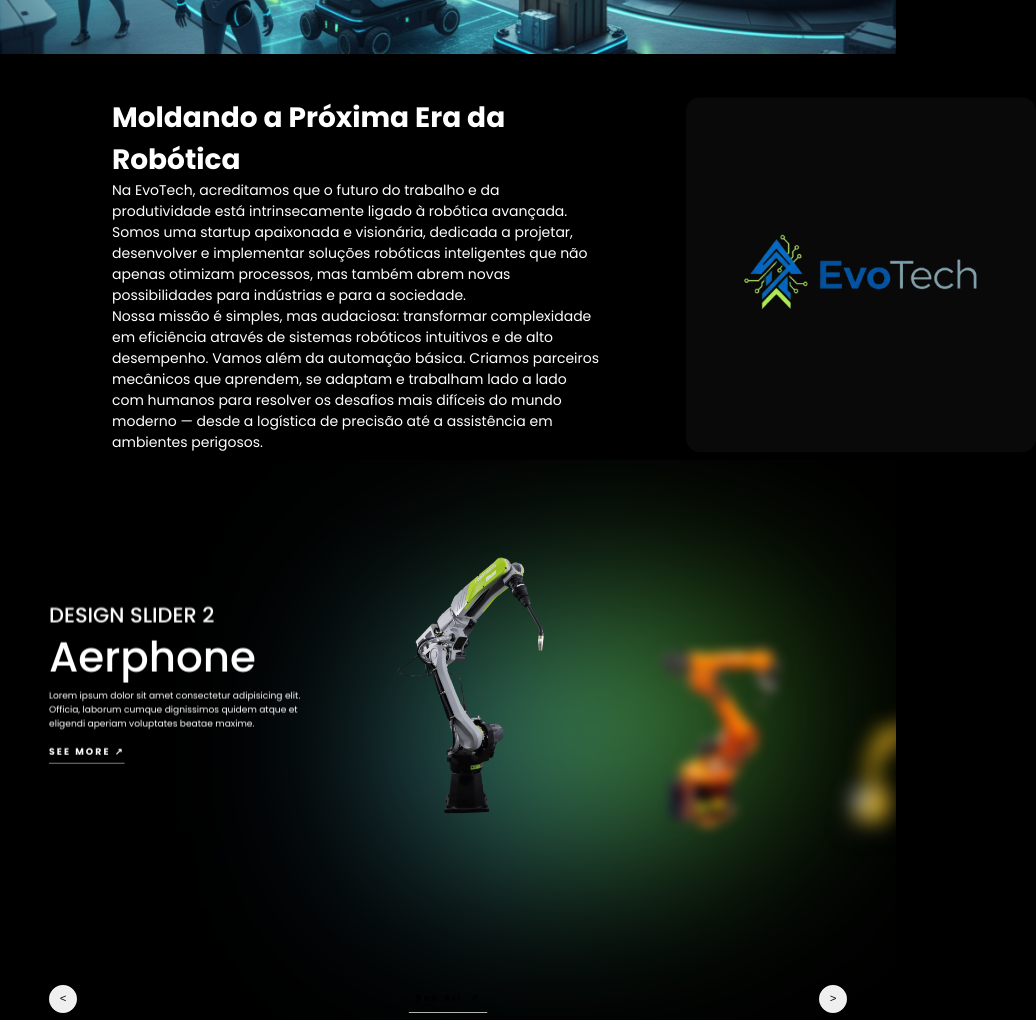
Repository: IsaacDEV10/EvoTech
Page: /
An editor plug-in stored every save of this project. The page is shown before and after a run of saves, followed by the edit.
The browser window is 1280 px wide. The page is 1480 px wide, so the pictures cover 1480 px, including what lies to the right of the window. The pictures show the part of the page from y = 643 to 2323 px (the page is 2100 px tall before and 2323 px after), at 70% of full size.
The project was rebuilt for these pictures with package versions that can differ from the ones it lists, and the page was loaded fresh each time. Also part of the build but not shown: vite.config.js, src/App.css.

Above is the page before, as saved 2025-10-28 09:02:37.

### index.html
<!doctype html>
<html lang="en">
  <head>
    <meta charset="UTF-8" />
    <link rel="icon" type="image/svg+xml" href="/vite.svg" />
    <meta name="viewport" content="width=device-width, initial-scale=1.0" />
    <title>startup</title>
  </head>
  <body>
    <div id="root"></div>
    <script type="module" src="/src/main.jsx"></script>
  </body>
</html>

### src/index.css
@import url('https://fonts.googleapis.com/css2?family=Poppins:ital,wght@0,100;0,200;0,300;0,400;0,500;0,600;0,700;0,800;0,900;1,100;1,200;1,300;1,400;1,500;1,600;1,700;1,800;1,900&display=swap');

* {
  font-family: "poppins", sans-serif;
  margin: 0;
  box-sizing: border-box;
}

body {
  background: black ;

}

### src/App.jsx
import React from 'react';
import './App.css';
import Header from './components/Header/header';
import Hero from './components/Hero/hero';
import About from './components/About/about';
import Missao from './components/Missao/missao';
import Carousel from './components/Carousel/carousel';




const App = () => {
  return (
    <>
      <Header />
      <Hero />
      <About/>
      <Missao />
      <Carousel />
    </>
  );
}

export default App;

### src/components/Header/header.jsx
import React from 'react'
import './header.css'
import logo from '../../assets/evotech.png'
import Contact from '../Contact/contact'


const Header = () => {
  return (
    <nav className='nav-wrapper'>
        <div className='nav-content'>
            <img className='logo' src={logo} alt="" />
            <ul>
                <li>
                    <a className='menu-item' href="">Home</a>
                </li>

                <li>
                    <a className='menu-item' href="">Sobre</a>
                </li>

                <li>
                    <a className='menu-item' href="">Projetos</a>
                </li>
                <Contact/>
            </ul>
        </div>
    </nav>
  )
}

export default Header

### src/components/Hero/hero.jsx
import React from "react";
import "./hero.css";
import heroImage from "../../assets/bg-evotech.png";

const Hero = () => {
  return (
    <section className="hero-container" id="home">
        <div className="hero-content">
            <img className="img-bg" src={heroImage} alt="hero" />
        </div>
        <div className="description">
            <h1>
                Inovação e Tecnologia para o Futuro
            </h1>
            <p>
                Na Evotech, estamos comprometidos em transformar ideias em soluções tecnológicas inovadoras que impulsionam o futuro. Junte-se a nós nessa jornada de inovação!
            </p>
        </div>
    </section>
  );
};

export default Hero;

### src/components/About/about.jsx
import React from "react";
import "./about.css";
import Logo from "../../assets/evotech.png"

const About = () => {
    return (
        <section className="about-container" id="home">
            <div className="about-content">
                <div className="about-text-content">
                    <h1>Moldando a Próxima Era da Robótica</h1>
                    <p>Na EvoTech, acreditamos que o futuro do trabalho e da produtividade está intrinsecamente ligado à robótica avançada. Somos uma startup apaixonada e visionária, dedicada a projetar, desenvolver e implementar soluções robóticas inteligentes que não apenas otimizam processos, mas também abrem novas possibilidades para indústrias e para a sociedade. <br /> Nossa missão é simples, mas audaciosa: transformar complexidade em eficiência através de sistemas robóticos intuitivos e de alto desempenho.

Vamos além da automação básica. Criamos parceiros mecânicos que aprendem, se adaptam e trabalham lado a lado com humanos para resolver os desafios mais difíceis do mundo moderno — desde a logística de precisão até a assistência em ambientes perigosos.</p>
                </div>
                <div className="about-image">
                    <img src={Logo} alt="Logo da EvoTech" />
                </div>
            </div>
        </section>
    );
};

export default About;

### src/components/Missao/missao.jsx
import React from "react";
import Carousel from "../Carousel/carousel";



const Missao = () => {
    return (
        <section>
        </section>
    );
};

export default Missao;

### src/components/Carousel/carousel.jsx
import React, { useState, useRef, useEffect } from 'react';
import './carousel.css';
import Robo1 from '../../assets/robo-1.png';
import Robo2 from '../../assets/robo-2.png';
import Robo3 from '../../assets/robo-3.png';
import Robo4 from '../../assets/robo-4.png';
import Robo5 from '../../assets/robo-5.png';
import Robo6 from '../../assets/robo-6.png';

const initialItemsData = [
  {
    id: 1,
    imgSrc: Robo1,
    title: 'DESIGN SLIDER 1',
    topic: 'Aerphone',
    des: 'Lorem ipsum dolor sit amet consectetur adipisicing elit. Officia, laborum cumque dignissimos quidem atque et eligendi aperiam voluptates beatae maxime.',
    detailTitle: 'Aerphone GHTK 1',
    detailDes: 'Lorem ipsum dolor sit amet, consectetur adipisicing elit. Dolor, reiciendis suscipit nobis nulla animi, modi explicabo quod corrupti impedit illo, accusantium in eaque nam quia adipisci aut distinctio porro eligendi. Reprehenderit nostrum consequuntur ea! Accusamus architecto dolores modi ducimus facilis quas voluptatibus! Tempora ratione accusantium magnam nulla tenetur autem beatae.',
  },
  {
    id: 2,
    imgSrc: Robo2,
    title: 'DESIGN SLIDER 2',
    topic: 'Aerphone',
    des: 'Lorem ipsum dolor sit amet consectetur adipisicing elit. Officia, laborum cumque dignissimos quidem atque et eligendi aperiam voluptates beatae maxime.',
    detailTitle: 'Aerphone GHTK 2',
    detailDes: 'Lorem ipsum dolor sit amet, consectetur adipisicing elit. Dolor, reiciendis suscipit nobis nulla animi, modi explicabo quod corrupti impedit illo, accusantium in eaque nam quia adipisci aut distinctio porro eligendi. Reprehenderit nostrum consequuntur ea! Accusamus architecto dolores modi ducimus facilis quas voluptatibus! Tempora ratione accusantium magnam nulla tenetur autem beatae.',
  },
  { id: 3, imgSrc: Robo3, title: 'DESIGN SLIDER 3', topic: 'Aerphone' },
  { id: 4, imgSrc: Robo4, title: 'DESIGN SLIDER 4', topic: 'Aerphone' },
  { id: 5, imgSrc: Robo5, title: 'DESIGN SLIDER 5', topic: 'Aerphone' },
  { id: 6, imgSrc: Robo6, title: 'DESIGN SLIDER 6', topic: 'Aerphone' },
];

function Carousel() {
  const [items, setItems] = useState(initialItemsData);
  const [carouselClass, setCarouselClass] = useState('');
  const [isClickDisabled, setIsClickDisabled] = useState(false);
  const timeoutRef = useRef(null);

  useEffect(() => {
    return () => {
      if (timeoutRef.current) {
        clearTimeout(timeoutRef.current);
      }
    };
  }, []);

  const showSlider = (type) => {
    if (isClickDisabled) return;
    setIsClickDisabled(true);
    setCarouselClass(type);

    if (type === 'next') {
      setItems((prevItems) => {
        const [first, ...rest] = prevItems;
        return [...rest, first];
      });
    } else {
      setItems((prevItems) => {
        const last = prevItems[prevItems.length - 1];
        const rest = prevItems.slice(0, -1);
        return [last, ...rest];
      });
    }

    if (timeoutRef.current) {
      clearTimeout(timeoutRef.current);
    }

    timeoutRef.current = setTimeout(() => {
      setIsClickDisabled(false);
    }, 2000);
  };

  const handleSeeMore = () => {
    setCarouselClass('showDetail');
  };

  const handleBack = () => {
    setCarouselClass('');
  };

  return (
    <>
      <div className={`carousel ${carouselClass}`}>
        <div className="list">
          {items.map((item) => (
            <div className="item" key={item.id}>

              <img src={item.imgSrc} alt="" />
              <div className="introduce">
                <div className="title">{item.title || 'DESIGN SLIDER'}</div>
                <div className="topic">{item.topic || 'Aerphone'}</div>
                <div className="des">
                  {item.des || 'Lorem ipsum dolor sit amet...'}
                </div>
                <button className="seeMore" onClick={handleSeeMore}>
                  SEE MORE &#8599;
                </button>
              </div>
              <div className="detail">
                <div className="title">{item.detailTitle || 'Aerphone GHTK'}</div>
                <div className="des">
                  {item.detailDes || 'Lorem ipsum dolor sit amet...'}
                </div>
                <div className="specifications">
                  <div><p>Used Time</p><p>6 hours</p></div>
                  <div><p>Charging port</p><p>Type-C</p></div>
                  <div><p>Compatible</p><p>Android</p></div>
                  <div><p>Bluetooth</p><p>5.3</p></div>
                  <div><p>Controlled</p><p>Touch</p></div>
                </div>
                <div className="checkout">
                  <button>ADD TO CART</button>
                  <button>CHECKOUT</button>
                </div>
              </div>
            </div>
          ))}
        </div>
        <div className="arrows">
          <button id="prev" onClick={() => showSlider('prev')} disabled={isClickDisabled}>
            &lt;
          </button>
          <button id="next" onClick={() => showSlider('next')} disabled={isClickDisabled}>
            &gt;
          </button>
          <button id="back" onClick={handleBack}>
            See All&nbsp; &#8599;
          </button>
        </div>
      </div>
    </>
  );
}

export default Carousel;

### src/components/Header/header.css
.nav-wrapper {
    width: 100%;
    height: 110px;
    background-color: rgba(0, 0, 0, 0.293);
    padding: 5px;
    position: fixed;
    top: 0;
    z-index: 30;
}

.nav-content {
    max-width: 1850px;
    height: 120px;
    display: flex;
    align-items: center;
    justify-content: space-between;

}

.logo {
    width: 270px;
    height: auto;
}

.nav-content ul {
    display: flex;
    align-items: center;
    gap: 0.5rem;
    list-style: none;
}

.nav-content li {
    margin: 0 1.5rem;
}

.menu-item {
    text-decoration: none;
    font-size: 1.05rem;
    font-weight: 500;
    color: #ffff;
    position: relative;
    cursor: pointer;

}

.menu-item::before {
    content: " ";
    width: 2rem;
    height: 0.2rem;
    background: #2D6FBF;
    border-radius: 10px;
    position: absolute;
    bottom: -0.6rem;
    opacity: 0;
    transform: translateX(-1.5rem);
    transition: all 0.3s ease;
}

.menu-item:hover::before {
    width: 100%;
    transform: translateX(0);
    opacity: 1;
}

.contact-btn {
    font-size: 0.9rem;
    font-weight: 500;
    display: flex;
    align-items: center;
    justify-content: center;
    color: #fff;
    background:#2D6FBF;
    padding: 0.6rem 2rem;
    border: none;
    outline: 1.5px solid transparent;
    border-radius: 10px;
    cursor: pointer;
    transition: all 0.3s ease;
}

.contact-btn a {
    text-decoration: none;
    color: #fff;
}

.contact-btn:hover {
    color: black;
    background: #76F014;
    outline: 1.5px solid black;
}

.menu-btn {
    width: 2.5rem;
    height: 2.5rem;
    font-size: 1.5rem;
    display: flex;
    align-items: center;
    justify-content: center;
    color: #fff;
    border: none;
    border-radius: 0.4rem;
    background: linear-gradient(90deg, #6791fb 0%, #1e25ac 100%);
    line-height: 0;
    cursor: pointer;
    transition: all 0.4s ease;
    display: none;
}

.menu-btn:hover {
    color: #6791fb;
    background: #76F014;
    border: 1px solid transparent;
}

@media (max-width: 425px) {
    .logo {
        width: 100px;
        height: auto;
    }
    .nav-content ul {
        display: none;
        width: 100px;
    }
}

@media (max-width: 769px) {
    .menu-btn {
        display: block;
    }

    .nav-content ul {
        display: none;
        width: 100px;
    }
}

@media (max-width: 1325px) {
    .nav-wrapper {
        padding: 0 2rem;
    }
}

### src/components/Contact/contact.jsx
import React from 'react';
import Popup from 'reactjs-popup';
import './contact.css';
import { FaInstagram } from 'react-icons/fa';
import { MdPhone } from 'react-icons/md';
import { FiMail } from 'react-icons/fi';

const Contact = () => (
  <Popup
    trigger={<button className="contact-btn"> Contato </button>}
    modal
    animation="fade"
    overlayClassName="custom-overlay"
    contentClassName="custom-modal-content"
  >
    {close => (
      <div className="popup-container">
        {}
        <button
          onClick={close}
          className="popup-close-button"
        >
          &times;
        </button>

        {}
        <div className="popup-header">
          <h2>Fale Conosco!</h2>
          <p>Escolha o melhor canal de contato:</p>
        </div>


        {}
        <div className="icon-container">

          {}
          <a href="URL_DO_INSTAGRAM" target="_blank" rel="noopener noreferrer">
            {}
            <FaInstagram size={35} color="#E1306C" />
          </a>

          {}
          <a href="tel:+5511987654321">
            <MdPhone size={35} color="#25D366" />
          </a>

          {}
          <a href="mailto:seu.email@exemplo.com">
            <FiMail size={35} color="#DB4437" />
          </a>

        </div>


      </div>
    )}
  </Popup>
);

export default Contact;

### src/components/Hero/hero.css
.hero-container {
    height: auto;
    min-height: 100vh;
    width: 100%;
    position: relative;
    overflow: hidden;
    display: flex;
    align-items: center;
    justify-content: center;

}

.img-bg {
    width: 100%;
    height: 100%;
    object-fit: cover;
    position: absolute;
    top: 0;
    left: 0;
    z-index: 1;
}

.description {
    position: relative;
    z-index: 2;
    display: flex;
    align-items: center;
    justify-content: center;
    flex-direction: column;
    color: #fff;
    padding: 20px;
    text-align: center;
    max-width: 900px;
    height: 500px;
    margin: 0 auto;
    background-color: #00000081;
    border-radius: 30px;
}

.description h1 {
    font-size: 3.5rem; /* Ajuste para um tamanho grande, mas controlado */
    line-height: 1.2;
    margin-bottom: 15px;
    text-shadow: 3px 3px 6px rgba(0, 0, 0, 0.8);
    font-weight: bold;
}

.description p {
    font-size: 1.25rem; /* Ajuste para um tamanho mais moderado */
    line-height: 1.6;
    max-width: 600px; /* Reduzindo a largura máxima do parágrafo */
    text-shadow: 2px 2px 4px rgba(0, 0, 0, 0.7);
}

/* Media Queries para manter a responsividade em telas menores */
@media (max-width: 992px) {
    .description h1 {
        font-size: 3rem;
    }
    .description p {
        font-size: 1.15rem;
    }
}

@media (max-width: 768px) {
    .hero-container {
        min-height: 80vh;
    }
    .description h1 {
        font-size: 2.5rem; /* Tamanho bom para tablets e celulares grandes */
        margin-bottom: 10px;
    }
    .description p {
        font-size: 1rem;
        max-width: 90%;
    }
}

@media (max-width: 480px) {
    .description h1 {
        font-size: 2rem; /* Tamanho para celulares pequenos */
    }
    .description p {
        font-size: 0.95rem;
    }
}

### src/components/About/about.css
.about-container {
    padding: 60px 40px;
}

.about-content {
    display: flex;
    flex-direction: row;
    align-items: center;
    gap: 120px;
    max-width: 1500px;
    margin: 0 120px;
}

.about-text-content {
    flex: 1;
    color: #fff;
    min-width: 700px;
    font-family: 'Poppins', sans-serif;
}
.about-text-content h1 {
    font-size: 40px;
}

.about-text-content p {
    font-size: 20px
}

.about-image {
    flex: 1;
    width: 800px;
    text-align: center;
    background-color: #ffffff09;
    border-radius: 20px;
}

@media (max-width: 768px) {
    .about-content {
        flex-direction: column;
        text-align: center;
    }

    .about-text-content {
        order: 2;
    }

    .about-image {
        order: 1;
        width: 80%;
        margin-bottom: 20px;
    }
}

### src/components/Contact/contact.css
.custom-overlay {
  background-color: #282C34;
  transition: opacity 0.3s ease-in-out;
}

.contact-btn {
    font-size: 0.9rem;
    font-weight: 500;
    display: flex;
    align-items: center;
    justify-content: center;
    color: #fff;
    background:#2D6FBF;
    padding: 0.6rem 2rem;
    border: none;
    outline: 1.5px solid transparent;
    border-radius: 10px;
    cursor: pointer;
    transition: all 0.3s ease;
}

.contact-btn a {
    text-decoration: none;
    color: #fff;
}

.contact-btn:hover {
    color: black;
    background: #76F014;
    outline: 1.5px solid black;
}

.custom-modal-content {
    opacity: 0;
    animation: fadeIn 0.3s ease-in-out;
  z-index: 1000;
}

.popup-container{
  background-color: #282C34;
  padding: 50px !important;
  border-radius: 15px !important;
  border: none !important;
  box-shadow: 0 4px 12px rgba(0, 0, 0, 0.2) !important;
  animation: fadeIn 0.3s ease-in-out;
  z-index: 1000;
  width: 400px;
}

.popup-header {
  text-align: center;
  margin-bottom: 20px;
  color: #76F014;
}

.icon-container {
  display: flex;
  justify-content: space-around;
  margin-top: 30px;
  margin-bottom: 30px;
  padding: 20px;
}

.popup-close-button {
  position: absolute;
  top: 10px;
  right: 10px;
  border: none;
  background: none;
  font-size: 1.5rem;
  cursor: pointer;
  color: #ffffff;
}

.popup-footer-button {
  margin-top: 20px;
  padding: 10px 20px;
  cursor: pointer;
  border: 1px solid #ccc;
  border-radius: 4px;
  background-color: #f0f0f0;
  color: #333;
  width: 100%;
}

.custom-modal-content.popup-content-enter-active {
    opacity: 1 !important;
    transform: scale(1) !important;
}

.custom-overlay.popup-overlay-enter-active {
    opacity: 1 !important;
}

.custom-modal-content.popup-content-exit {
    opacity: 0 !important;
    transform: scale(0.95) !important;
}

.custom-overlay.popup-overlay-exit {
    opacity: 0 !important;
}

### src/components/Footer/footer.jsx
import React from 'react'
import './Footer.css'
import Logo from '../../assets/evotech.png';

const Footer = () => {
  return (
    <div className='footer'>
        <p>© 2024 Isaac Luiz, Dev FullStack</p>
        <img src={Logo} alt="" />
    </div>
  )
}

export default Footer

### src/components/Footer/footer.css
.footer {
    font-size: 0.8rem;
    text-align: center;
    background: #00000047;
    padding: 0rem;
    margin-top: 100px;
    color: #fff;
}

.footer img {
    width: 100px;
}

Loaded but not shown: src/main.jsx (common file); src/components/Carousel/carousel.css (438 lines, source omitted)

After the next 4 saves:
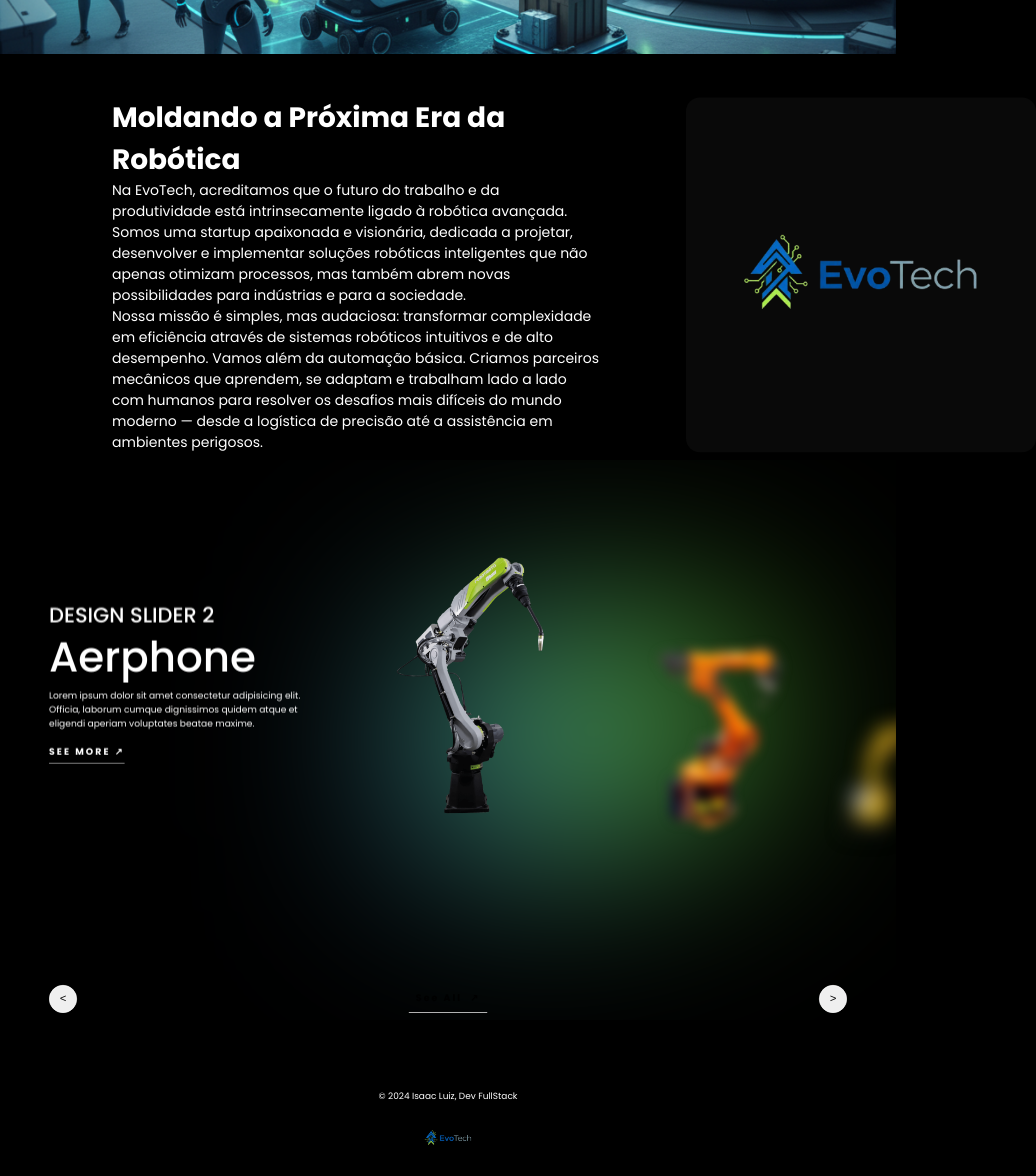
The 4 saves are shown as one change because they came seconds apart.
The last was saved 19 s later.
--- a/src/App.jsx
+++ b/src/App.jsx
@@ -5,6 +5,7 @@ import Hero from './components/Hero/hero';
 import About from './components/About/about';
 import Missao from './components/Missao/missao';
 import Carousel from './components/Carousel/carousel';
+import Footer from './components/Footer/footer';
 
 
 
@@ -17,6 +18,7 @@ const App = () => {
       <About/>
       <Missao />
       <Carousel />
+      <Footer />
     </>
   );
 }
